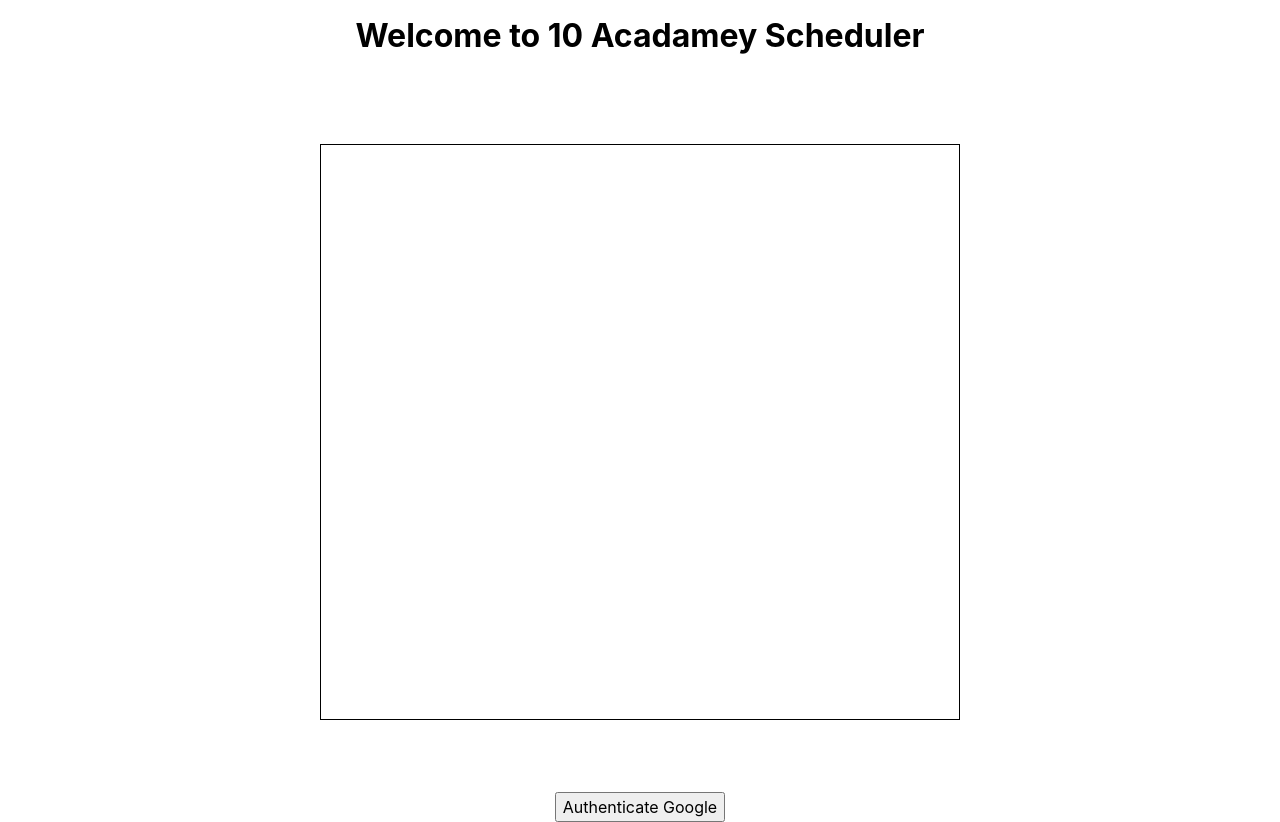
Repository: nebilarega/calendar-extractor
Page: / (app in frontend/)
An editor plug-in stored every save of this project. The page is shown before and after the next save, followed by the edit.
The browser window is 1280 px wide. The pictures show the whole page.
The project was rebuilt for these pictures with package versions that can differ from the ones it lists, and the page was loaded fresh each time.

Above is the page before, as saved 2022-08-24 23:21:39.

After the next save:
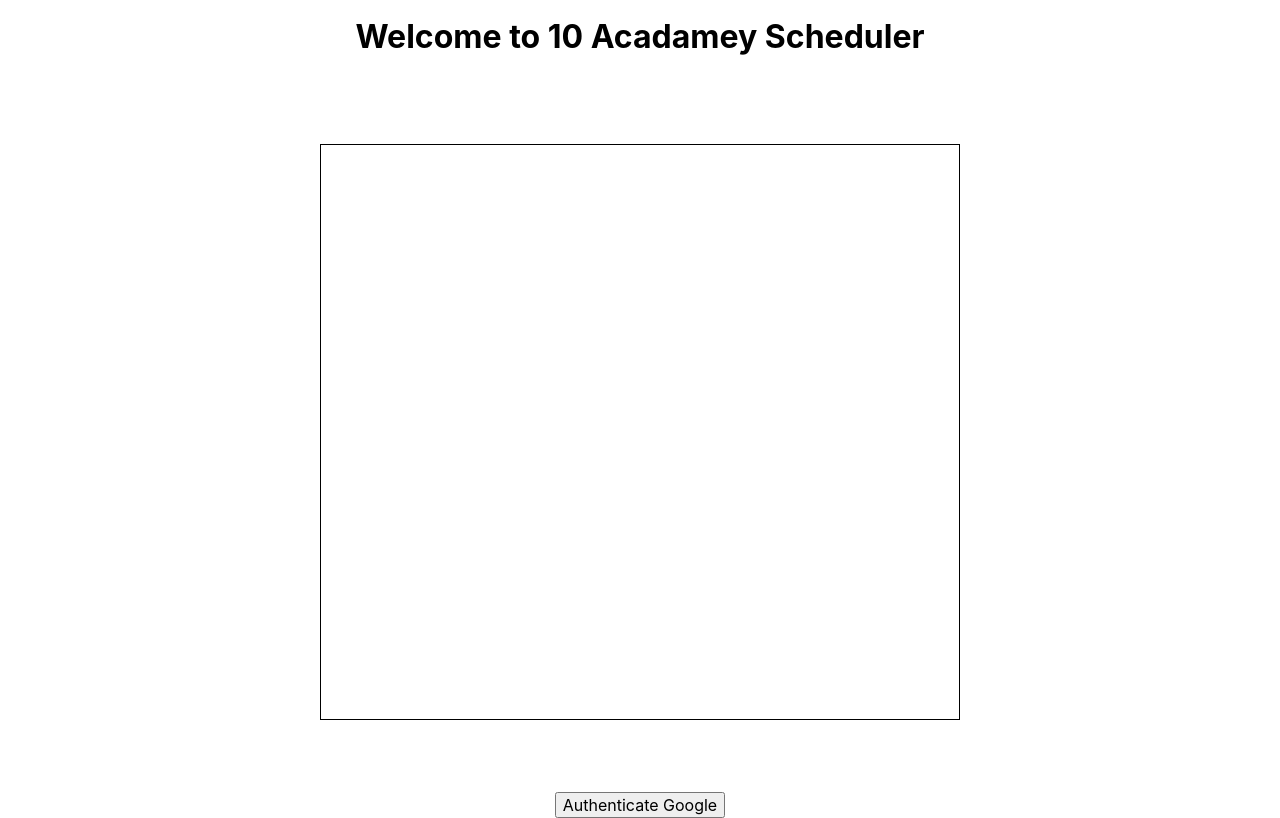
Saved 84 s later.
--- a/frontend/src/css/landing.css
+++ b/frontend/src/css/landing.css
@@ -28,13 +28,6 @@
 /* Set core root defaults */
 html:focus-within {
   scroll-behavior: smooth;
-}
-
-/* Set core body defaults */
-body {
-  min-height: 100vh;
-  text-rendering: optimizeSpeed;
-  line-height: 1.5;
 }
 
 /* A elements that don't have a class get default styles */
